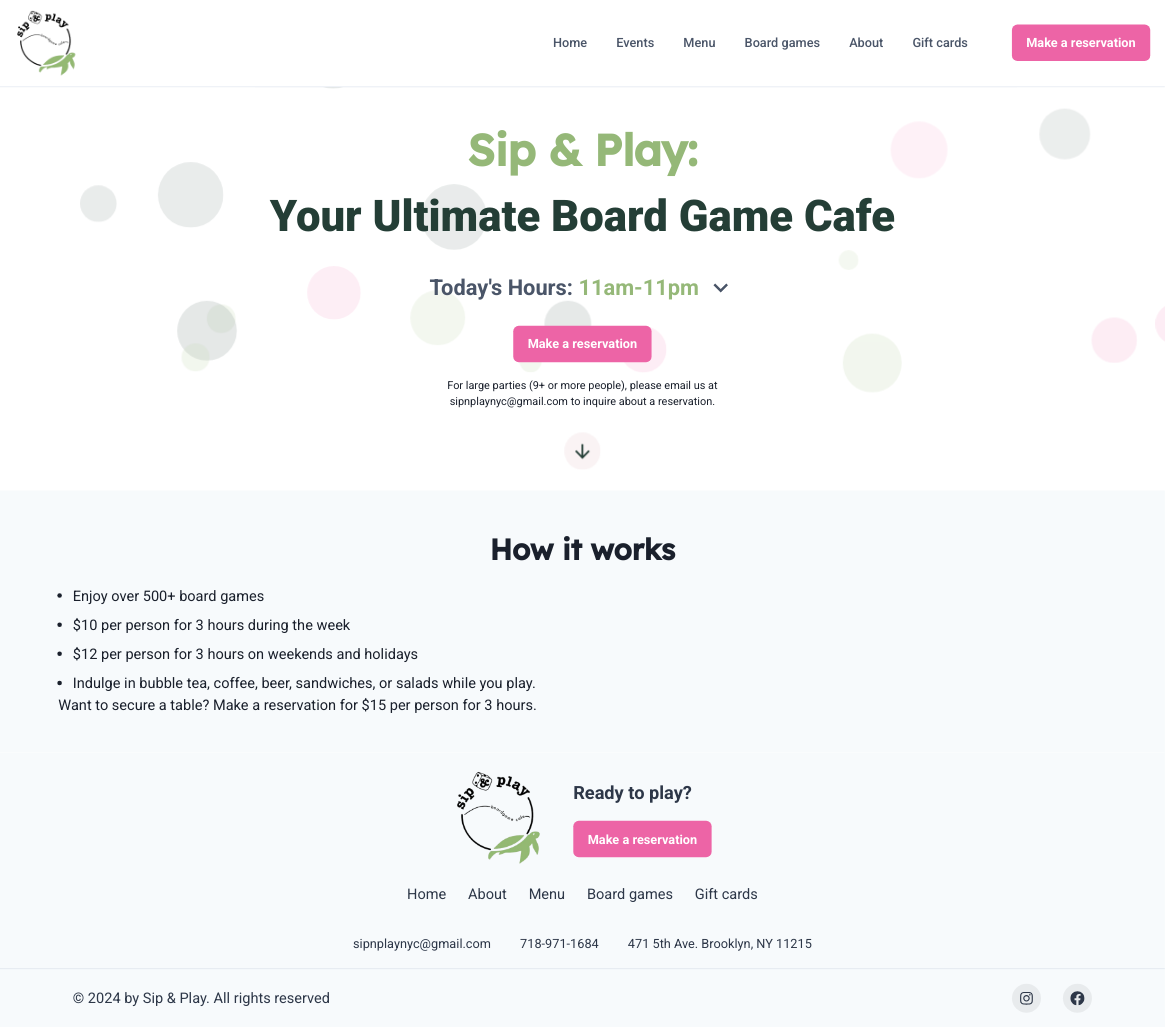
Repository: natespinetti/codedexsummerhackathon
Page: /
The author's editor kept a copy of each file at every save. The page is drawn from the files as they stood at one save, then again after the next save.
The browser window is 1280 px wide. The pictures show the whole page, at 91% of full size.
The project was rebuilt for these pictures with package versions that can differ from the ones it lists, and the page was loaded fresh each time. The framework's server and built-in components were replaced by stand-ins that run in the browser. Also part of the build but not shown: next.config.mjs.

Above is the page before, as saved 2024-07-11 16:53:37.

### app/layout.tsx
"use client";
import Head from "next/head";
import React from "react";
import Header from "./components/Header";
import Footer from "./components/Footer";
import { Providers } from "./components/Providers";

export default function RootLayout({
  children,
}: {
  children: React.ReactNode;
}) {
  return (
    <html lang="en">
      <Head>
        <title>Sip & Play</title>
        <meta name="description" content="Board games and boba!" />
        <meta name="viewport" content="width=device-width, initial-scale=1" />
        <link rel="icon" href="/favicons/favicon.ico" />
      </Head>
      <body>
        <Providers>
          <Header />
          <main>{children}</main>
          <Footer />
        </Providers>
      </body>
    </html>
  );
}

### app/page.tsx
import Image from "next/image";
import HomeHero from "./components/HomeHero";
import {
  Box,
  Text,
  Button,
  keyframes,
  ListItem,
  List,
  UnorderedList,
} from "@chakra-ui/react";

export default function Home() {
  return (
    <>
      <HomeHero />
      <Box bg="var(--chakra-colors-gray-50)">
        <Box maxW="90%" m="auto" p="2.5rem 0">
          <Text
            as="h2"
            fontSize="2rem"
            fontFamily="heading"
            fontWeight={700}
            textAlign="center"
            mb="1rem"
          >
            How it works
          </Text>
          <UnorderedList spacing={2}>
            <ListItem>Enjoy over 500+ board games</ListItem>
            <ListItem>$10 per person for 3 hours during the week</ListItem>
            <ListItem>
              $12 per person for 3 hours on weekends and holidays
            </ListItem>
            <ListItem>
              Indulge in bubble tea, coffee, beer, sandwiches, or salads while
              you play.
            </ListItem>
          </UnorderedList>
          <Text>
            Want to secure a table? Make a reservation for $15 per person for 3
            hours.
          </Text>
        </Box>
      </Box>
    </>
  );
}

### app/components/Footer.tsx
"use client";

import {
  Box,
  chakra,
  Container,
  Stack,
  Text,
  useColorModeValue,
  Button,
  Image,
  VisuallyHidden,
} from "@chakra-ui/react";
import { FaInstagram, FaTwitter, FaYoutube, FaFacebook } from "react-icons/fa";
import { ReactNode } from "react";

const SocialButton = ({
  children,
  label,
  href,
}: {
  children: ReactNode;
  label: string;
  href: string;
}) => {
  return (
    <chakra.button
      bg={useColorModeValue("blackAlpha.100", "whiteAlpha.100")}
      rounded={"full"}
      w={8}
      h={8}
      cursor={"pointer"}
      as={"a"}
      href={href}
      display={"inline-flex"}
      alignItems={"center"}
      justifyContent={"center"}
      transition={"background 0.3s ease"}
      _hover={{
        bg: useColorModeValue("blackAlpha.200", "whiteAlpha.200"),
      }}
    >
      <VisuallyHidden>{label}</VisuallyHidden>
      {children}
    </chakra.button>
  );
};

export default function Footer() {
  return (
    <>
      {/* <iframe
        src="https://www.google.com/maps/embed?pb=!1m19!1m8!1m3!1d48423.28708097213!2d-73.98076851318362!3d40.66393288184943!3m2!1i1024!2i768!4f13.1!4m8!3e0!4m0!4m5!1s0x89c25b963c296a77%3A0x33cab105836ef465!2sSip%20%26%20Play%2C%20471%205th%20Ave%2C%20Brooklyn%2C%20NY%2011215!3m2!1d40.668128599999996!2d-73.9869454!5e0!3m2!1sen!2sus!4v1720729656891!5m2!1sen!2sus"
        width="100%"
        height="200"
        style={{ border: 0 }}
        loading="lazy"
        referrerPolicy="no-referrer-when-downgrade"
      ></iframe> */}
      <Box
        bg={useColorModeValue("gray.50", "gray.900")}
        color={useColorModeValue("gray.700", "gray.200")}
      >
        <Container
          as={Stack}
          maxW={"6xl"}
          py={4}
          spacing={4}
          justify={"center"}
          align={"center"}
        >
          <Box display="flex" flexDir="row" alignItems="center" gridGap="2rem">
            <Image
              maxW="100px"
              src="/logos/sipnplay2.png"
              alt="Sip & Play Logo"
            />
            <Box>
              <Text fontWeight={700} fontSize="20px" pb="1rem">
                Ready to play?
              </Text>
              <Button
                as={"a"}
                display={{ base: "none", md: "inline-flex" }}
                fontSize={"sm"}
                fontWeight={600}
                color={"white"}
                bg={"pink.400"}
                href={"https://www.exploretock.com/sipnplay/"}
                target="_blank"
                _hover={{
                  bg: "pink.300",
                }}
              >
                Make a reservation
              </Button>
            </Box>
          </Box>
          <Stack direction={"row"} spacing={6}>
            <Box as="a" href={"#"}>
              Home
            </Box>
            <Box as="a" href={"#"}>
              About
            </Box>
            <Box as="a" href={"#"}>
              Menu
            </Box>
            <Box as="a" href={"#"}>
              Board games
            </Box>
            <Box as="a" href={"#"}>
              Gift cards
            </Box>
          </Stack>
          <Box
            display="flex"
            flexDir="row"
            gridGap="2rem"
            fontSize="14px"
            mt="1rem"
          >
            <Text as="a" href={"mailto:sipnplaynyc@gmail.com"}>
              sipnplaynyc@gmail.com
            </Text>
            <Text as="a" href={"tel:718-971-1684"}>
              718-971-1684
            </Text>
            <Text
              as="a"
              target="_blank"
              href={
                "https://www.google.com/maps/dir//471+5th+Ave,+Brooklyn,+NY+11215/@40.6680993,-74.0693463,12z/data=!4m8!4m7!1m0!1m5!1m1!1s0x89c25b963c296a77:0x33cab105836ef465!2m2!1d-73.9869454!2d40.6681286?entry=ttu"
              }
            >
              471 5th Ave. Brooklyn, NY 11215
            </Text>
          </Box>
        </Container>

        <Box
          borderTopWidth={1}
          borderStyle={"solid"}
          borderColor={useColorModeValue("gray.200", "gray.700")}
        >
          <Container
            as={Stack}
            maxW={"6xl"}
            py={4}
            direction={{ base: "column", md: "row" }}
            spacing={4}
            justify={{ base: "center", md: "space-between" }}
            align={{ base: "center", md: "center" }}
          >
            <Text>© 2024 by Sip & Play. All rights reserved</Text>
            <Stack direction={"row"} spacing={6}>
              <SocialButton
                label={"Instagram"}
                href={"https://www.instagram.com/sipnplaynyc/?hl=en"}
              >
                <FaInstagram />
              </SocialButton>
              <SocialButton
                label={"Facebook"}
                href={"https://www.facebook.com/sipnplaynyc/"}
              >
                <FaFacebook />
              </SocialButton>
            </Stack>
          </Container>
        </Box>
      </Box>
    </>
  );
}

### app/components/Providers.tsx
import { SPTheme } from "@/ui/theme/theme";
import { ChakraProvider } from "@chakra-ui/react";
import { ReactNode } from "react";

export function Providers({ children }: { children: ReactNode }) {
  return <ChakraProvider theme={SPTheme}>{children}</ChakraProvider>;
}

### app/components/HomeHero.tsx
"use client";
import { Box, Text, Button, keyframes } from "@chakra-ui/react";
import CurrentDayHours from "./CurrentDaysHours";
import {
  HamburgerIcon,
  CloseIcon,
  ChevronDownIcon,
  ArrowDownIcon,
} from "@chakra-ui/icons";

const bubbleAnimation = keyframes`
  0% {
    transform: translateY(100px) scale(1);
    opacity: 1;
  }
  100% {
    transform: translateY(-1000px) scale(1.5);
    opacity: 0;
  }
`;

const upDownAnimation = keyframes`
  0% {
    transform: translateY(0);
  }
  50% {
    transform: translateY(10px);
  }
  100% {
    transform: translateY(0px);
  }
`;

const bubbles = new Array(20).fill(0).map((_, index) => ({
  id: index,
  size: Math.random() * 3 + 1,
  left: Math.random() * 100,
  animationDuration: Math.random() * 20 + 10,
  animationDelay: Math.random() * 100,
}));

export default function HomeHero() {
  return (
    <>
      <Box position="relative" overflow="hidden" h="100%" w="100%">
        {bubbles.map((bubble, index) => (
          <Box
            key={bubble.id}
            position="absolute"
            bottom="0"
            left={`${bubble.left}%`}
            width={`${bubble.size}rem`}
            height={`${bubble.size}rem`}
            bg={
              index % 3 === 0
                ? "rgba(148, 185, 115, 0.3)"
                : index % 3 === 1
                ? "rgba(36, 62, 54, 0.3)"
                : "rgba(237, 100, 166, 0.3)"
            }
            borderRadius="50%"
            animation={`${bubbleAnimation} ${bubble.animationDuration}s linear infinite`}
            transitionDelay={`${bubble.animationDelay}s`}
          />
        ))}
        <Box
          position="relative"
          w="100vw"
          p="2rem"
          display="flex"
          flexDir="column"
          justifyItems="center"
          alignItems="center"
          gridGap="1rem"
          bg="rgba(255, 255, 255, 0.5)"
        >
          <Text
            as="h1"
            fontFamily="body"
            fontWeight="900"
            fontSize="3rem"
            color="#243E36"
            textAlign="center"
          >
            <Text
              as="span"
              color="#95b878"
              fontWeight="900"
              fontFamily="heading"
              fontSize="3rem"
            >
              Sip & Play:
              <br />
            </Text>
            Your Ultimate Board Game Cafe
          </Text>
          <CurrentDayHours />
          <Button
            as={"a"}
            display={{ base: "none", md: "inline-flex" }}
            fontSize={"sm"}
            fontWeight={600}
            color={"white"}
            bg={"pink.400"}
            href={"https://www.exploretock.com/sipnplay/"}
            target="_blank"
            _hover={{
              bg: "pink.300",
            }}
          >
            Make a reservation
          </Button>

          <Text
            fontSize="12px"
            w={{ base: "100%", md: "30%" }}
            textAlign="center"
          >
            For large parties (9+ or more people), please email us at{" "}
            <Text as="a" href="mailto:sipnplaynyc@gmail.com">
              sipnplaynyc@gmail.com
            </Text>{" "}
            to inquire about a reservation.
          </Text>
          <Box
            bg="rgba(246, 232, 234, 0.5)"
            p=".5rem"
            borderRadius="50%"
            animation={`${upDownAnimation} 4s ease-in-out infinite`}
          >
            <ArrowDownIcon color="#243E36" fontSize="1.5rem" />
          </Box>
        </Box>
      </Box>
    </>
  );
}

### ui/theme/theme.tsx
import { extendTheme } from "@chakra-ui/react";
import { fonts } from "./fonts";

const overrides = {
  fonts,
};

export const SPTheme = extendTheme(overrides);

### app/components/CurrentDaysHours.tsx
import React, { useState } from "react";
import { Box, Text, useColorModeValue, useDisclosure } from "@chakra-ui/react";
import {
  Popover,
  PopoverTrigger,
  PopoverContent,
  PopoverHeader,
  PopoverBody,
  PopoverFooter,
  PopoverArrow,
  PopoverCloseButton,
  Button,
  PopoverAnchor,
} from "@chakra-ui/react";
import {
  HamburgerIcon,
  CloseIcon,
  ChevronDownIcon,
  ChevronRightIcon,
} from "@chakra-ui/icons";

const openingHours: { [key: number]: string } = {
  0: "10am-11pm", //Sunday
  1: "11am-11pm", // Monday
  2: "11am-11pm", // Tuesday
  3: "11am-11pm", // Wednesday
  4: "11am-11pm", // Thursday
  5: "11am-12am", // Friday
  6: "10am-12am", // Saturday
};

export default function CurrentDayHours() {
  const { isOpen, onOpen, onClose } = useDisclosure();

  const currentDay = new Date().getDay();
  const hours = openingHours[currentDay];
  const linkColor = useColorModeValue("gray.600", "gray.200");
  const linkHoverColor = useColorModeValue("gray.800", "white");
  const popoverContentBgColor = useColorModeValue("white", "gray.800");
  const handleItemClick = () => {
    if (isOpen) {
      onClose();
    } else {
      onOpen();
    }
  };
  return (
    <Box textAlign="center" fontSize="16px">
      <Popover
        trigger={"hover"}
        placement={"bottom-start"}
        isOpen={isOpen}
        onOpen={onOpen}
        onClose={onClose}
      >
        <PopoverTrigger>
          <Box
            p={2}
            fontSize={"sm"}
            fontWeight={500}
            color={linkColor}
            _hover={{
              textDecoration: "none",
              color: linkHoverColor,
            }}
          >
            <Box
              display="flex"
              flexDir="row"
              gridGap=".5rem"
              alignItems="center"
              onClick={handleItemClick}
            >
              <Text fontWeight="bold" fontSize="1.5rem" cursor="pointer">
                Today's Hours:{" "}
                <Text color="#95b878" as="span">
                  {hours}
                </Text>
              </Text>
              <ChevronDownIcon
                fontSize="2rem"
                transform={isOpen ? "rotate(180deg)" : "rotate(0deg)"}
                transition="transform 0.2s"
              />
            </Box>
          </Box>
        </PopoverTrigger>

        <PopoverContent
          border={0}
          boxShadow={"xl"}
          bg={popoverContentBgColor}
          p={4}
          rounded={"xl"}
          minW={"sm"}
        >
          <Box display="flex" flexDir="column" textAlign="left">
            <Text fontWeight="bold">
              Sunday:{" "}
              <Text color="#95b878" as="span">
                10am-11pm
              </Text>
            </Text>
            <Text fontWeight="bold">
              Monday:{" "}
              <Text color="#95b878" as="span">
                11am-11pm
              </Text>
            </Text>
            <Text fontWeight="bold">
              Tuesday:{" "}
              <Text color="#95b878" as="span">
                11am-11pm
              </Text>
            </Text>
            <Text fontWeight="bold">
              Wednesday:{" "}
              <Text color="#95b878" as="span">
                11am-11pm
              </Text>
            </Text>
            <Text fontWeight="bold">
              Thursday:{" "}
              <Text color="#95b878" as="span">
                11am-11pm
              </Text>
            </Text>
            <Text fontWeight="bold">
              Friday:{" "}
              <Text color="#95b878" as="span">
                11am-12am
              </Text>
            </Text>
            <Text fontWeight="bold">
              Saturday:{" "}
              <Text color="#95b878" as="span">
                10am-12am
              </Text>
            </Text>
          </Box>
        </PopoverContent>
      </Popover>
    </Box>
  );
}

### ui/theme/fonts.tsx
import { Roboto, Lexend } from "next/font/google";

const roboto = Roboto({
  subsets: ["latin"],
  display: "swap",
  weight: ["100", "300", "400", "500", "700", "900"],
  style: ["normal", "italic"],
});

const lexend = Lexend({
  subsets: ["latin"],
  display: "swap",
  weight: ["300", "400", "500"],
  style: ["normal"],
});

export const fonts = {
  heading: lexend.style.fontFamily,
  body: roboto.style.fontFamily,
};

Loaded but not shown: app/components/Header.tsx (346 lines, source omitted)

After the next save:
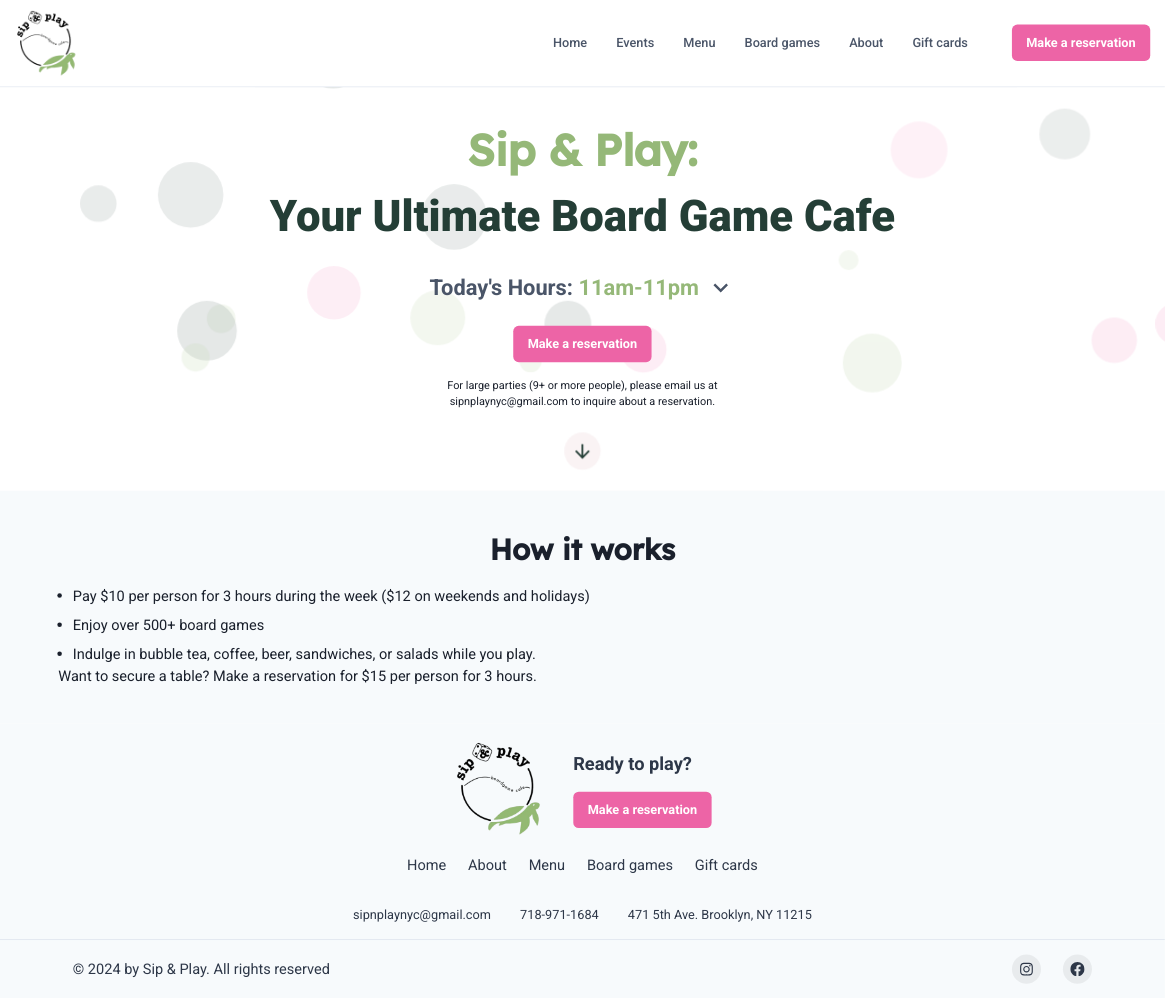
Saved 49 s later.
--- a/app/page.tsx
+++ b/app/page.tsx
@@ -27,11 +27,11 @@
             How it works
           </Text>
           <UnorderedList spacing={2}>
+            <ListItem>
+              Pay $10 per person for 3 hours during the week ($12 on weekends
+              and holidays)
+            </ListItem>
             <ListItem>Enjoy over 500+ board games</ListItem>
-            <ListItem>$10 per person for 3 hours during the week</ListItem>
-            <ListItem>
-              $12 per person for 3 hours on weekends and holidays
-            </ListItem>
             <ListItem>
               Indulge in bubble tea, coffee, beer, sandwiches, or salads while
               you play.
